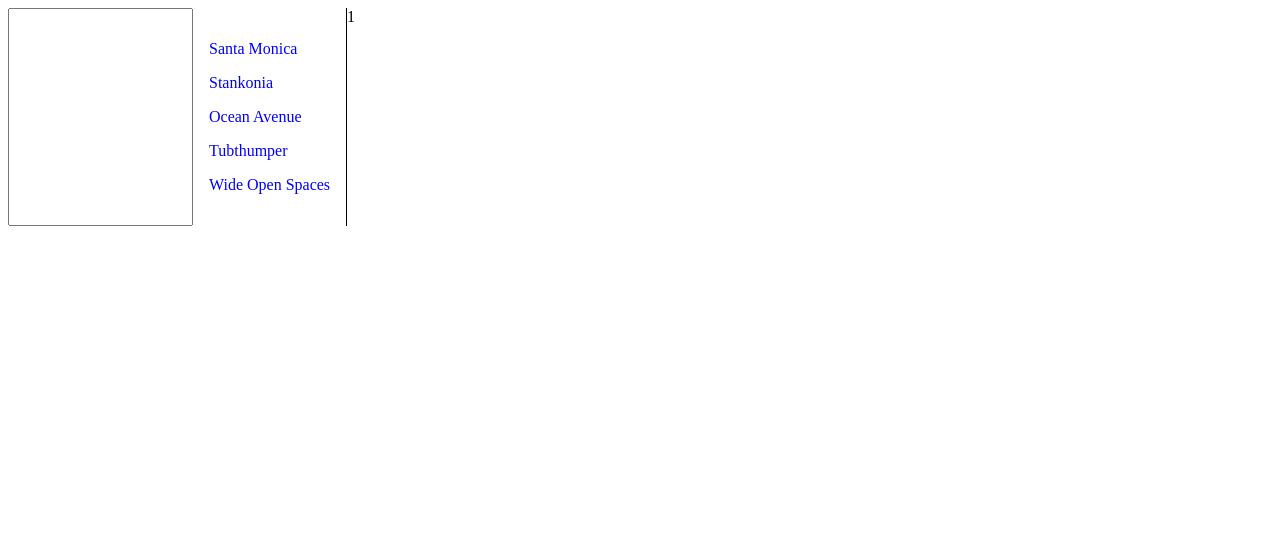
Repository: zhi-shou/moon
Page: /home
An editor plug-in stored every save of this project. The page is shown before and after the next save, followed by the edit.
The browser window is 1280 px wide. The pictures show the whole page.
The project was rebuilt for these pictures with package versions that can differ from the ones it lists, and the page was loaded fresh each time. Also part of the build but not shown: vite.config.js, src/routers/info.jsx.

Above is the page before, as saved 2025-01-02 11:31:37.

### src/main.jsx
import { createRoot } from 'react-dom/client';
import { BrowserRouter, Routes, Route } from 'react-router-dom';
import App from './App';
import Home from './routers/home';
import Info from './routers/info';

const rootElement = document.getElementById('root');
const root = createRoot(rootElement);
root.render(
  <BrowserRouter
    future={{ v7_startTransition: true, v7_relativeSplatPath: true }}
  >
    <Routes>
      <Route path="/" element={<App />}>
        <Route path="/home" element={<Home />} />
        <Route path="/info" element={<Info />}>
          <Route
            index
            element={
              <main style={{ padding: '1rem' }}>
                <p>Select an invoice</p>
              </main>
            }
          />
          <Route path="/info/invoiceId" element={<Info />} />
        </Route>
        <Route
          path="*"
          element={
            <main style={{ padding: '1rem' }}>
              <p>There's nothing here!</p>
            </main>
          }
        />
      </Route>
    </Routes>
  </BrowserRouter>
);

### src/App.jsx
import {  Outlet, useSearchParams, useLocation, useNavigate, useParams } from 'react-router-dom';
import { getInvoices } from './data';

export default function App() {
  let location = useLocation();
  const invoices = getInvoices();
  let [searchParams, setSearchParams] = useSearchParams();
  const invoiceId = searchParams.get('invoiceId');
  const navigate = useNavigate();
  console.log('searchParams', searchParams.get('invoiceId'));
  console.log('location', location.state);
  return (
    <div style={{ display: 'flex' }}>
      <input
        value={searchParams.get('filter') || ''}
        onChange={(event) => {
          let filter = event.target.value;
          if (filter) {
            setSearchParams((prev) => ({
              ...Object.fromEntries(prev),
              filter
            }));
          } else {
            setSearchParams({});
          }
        }}
      />
      <div style={{ borderRight: 'solid 1px', padding: '1rem' }}>
        {invoices
          .filter((invoice) => {
            let filter = searchParams.get('filter');
            if (!filter) return true;
            let name = invoice.name.toLowerCase();
            return name.startsWith(filter.toLowerCase());
          })
          .map((invoice) => (
            <div
              style={{ margin: '1rem 0',color: invoiceId === String(invoice.number) ? 'red' : 'blue' }}
              onClick={() => {
                navigate(`/info/invoiceId?invoiceId=${invoice.number}&filter=${searchParams.get('filter') || ''}`);
              }}
              key={invoice.number}
            >
              {invoice.name}
            </div>
          ))}
      </div>
      <Outlet />
    </div>
  );
}

### src/routers/home.jsx
export default function Home() {
  return (
    <div style={{ display: 'flex' }}>
      1
    </div>
  );
}

### src/data.js
let invoices = [
    {
      name: "Santa Monica",
      number: 1995,
      amount: "$10,800",
      due: "12/05/1995"
    },
    {
      name: "Stankonia",
      number: 2000,
      amount: "$8,000",
      due: "10/31/2000"
    },
    {
      name: "Ocean Avenue",
      number: 2003,
      amount: "$9,500",
      due: "07/22/2003"
    },
    {
      name: "Tubthumper",
      number: 1997,
      amount: "$14,000",
      due: "09/01/1997"
    },
    {
      name: "Wide Open Spaces",
      number: 1998,
      amount: "$4,600",
      due: "01/27/2998"
    },
  ];

  export function getInvoices() {
    return invoices;
  }

  export function getInvoice(number) {
    return invoices.find((invoice) => invoice.number === number);
  }

After the next save:
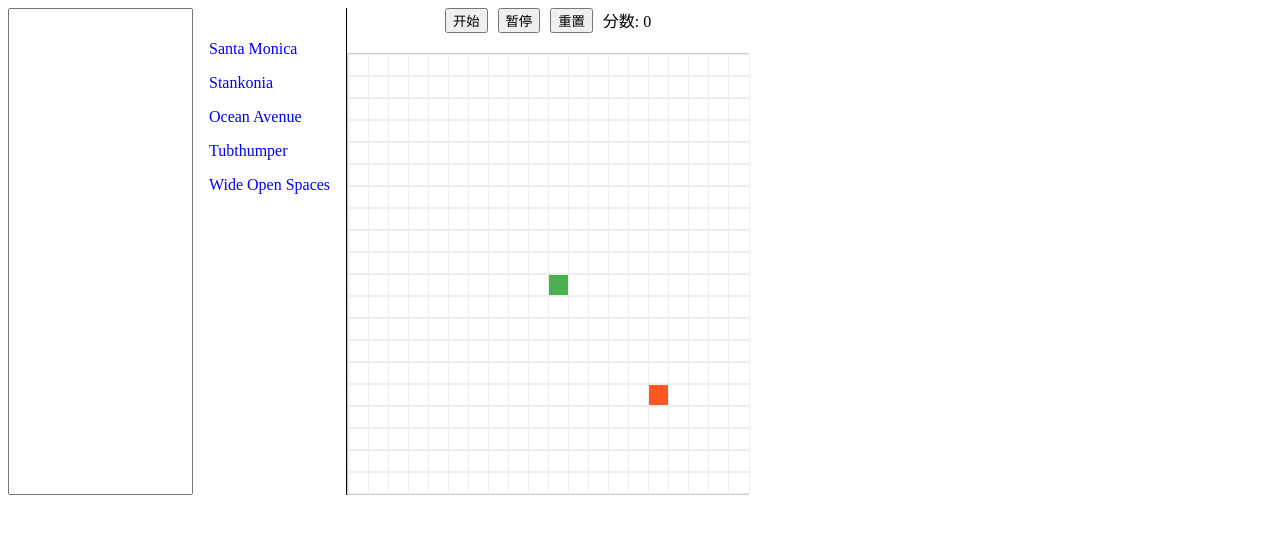
Saved 5 min 26 s later.
--- a/src/routers/home.jsx
+++ b/src/routers/home.jsx
@@ -1,7 +1,137 @@
+
+import { useState, useEffect, useCallback } from 'react';
+
+const GRID_SIZE = 20;
+const CELL_SIZE = 20;
+const INITIAL_SNAKE = [{ x: 10, y: 10 }];
+const INITIAL_FOOD = { x: 15, y: 15 };
+const INITIAL_DIRECTION = 'RIGHT';
+const SPEED = 150;
+
 export default function Home() {
+  const [snake, setSnake] = useState(INITIAL_SNAKE);
+  const [food, setFood] = useState(INITIAL_FOOD);
+  const [direction, setDirection] = useState(INITIAL_DIRECTION);
+  const [isPlaying, setIsPlaying] = useState(false);
+  const [score, setScore] = useState(0);
+
+  const generateFood = useCallback(() => {
+    const newFood = {
+      x: Math.floor(Math.random() * GRID_SIZE),
+      y: Math.floor(Math.random() * GRID_SIZE)
+    };
+    setFood(newFood);
+  }, []);
+
+  const resetGame = () => {
+    setSnake(INITIAL_SNAKE);
+    setDirection(INITIAL_DIRECTION);
+    setScore(0);
+    generateFood();
+    setIsPlaying(false);
+  };
+
+  const moveSnake = useCallback(() => {
+    if (!isPlaying) return;
+
+    setSnake(prevSnake => {
+      const head = prevSnake[0];
+      const newHead = { ...head };
+
+      switch (direction) {
+        case 'UP':
+          newHead.y = (newHead.y - 1 + GRID_SIZE) % GRID_SIZE;
+          break;
+        case 'DOWN':
+          newHead.y = (newHead.y + 1) % GRID_SIZE;
+          break;
+        case 'LEFT':
+          newHead.x = (newHead.x - 1 + GRID_SIZE) % GRID_SIZE;
+          break;
+        case 'RIGHT':
+          newHead.x = (newHead.x + 1) % GRID_SIZE;
+          break;
+      }
+
+      // Check if snake ate food
+      if (newHead.x === food.x && newHead.y === food.y) {
+        generateFood();
+        setScore(prev => prev + 10);
+        return [newHead, ...prevSnake];
+      }
+
+      // Check if snake hit itself
+      if (prevSnake.some(segment => segment.x === newHead.x && segment.y === newHead.y)) {
+        resetGame();
+        return INITIAL_SNAKE;
+      }
+
+      return [newHead, ...prevSnake.slice(0, -1)];
+    });
+  }, [direction, food, generateFood, isPlaying]);
+
+  useEffect(() => {
+    const handleKeyPress = (e) => {
+      switch (e.key) {
+        case 'ArrowUp':
+          if (direction !== 'DOWN') setDirection('UP');
+          break;
+        case 'ArrowDown':
+          if (direction !== 'UP') setDirection('DOWN');
+          break;
+        case 'ArrowLeft':
+          if (direction !== 'RIGHT') setDirection('LEFT');
+          break;
+        case 'ArrowRight':
+          if (direction !== 'LEFT') setDirection('RIGHT');
+          break;
+      }
+    };
+
+    window.addEventListener('keydown', handleKeyPress);
+    return () => window.removeEventListener('keydown', handleKeyPress);
+  }, [direction]);
+
+  useEffect(() => {
+    const gameInterval = setInterval(moveSnake, SPEED);
+    return () => clearInterval(gameInterval);
+  }, [moveSnake]);
+
   return (
-    <div style={{ display: 'flex' }}>
-      1
+    <div style={{ display: 'flex', flexDirection: 'column', alignItems: 'center', gap: '20px' }}>
+      <div style={{ display: 'flex', gap: '10px' }}>
+        <button onClick={() => setIsPlaying(true)}>开始</button>
+        <button onClick={() => setIsPlaying(false)}>暂停</button>
+        <button onClick={resetGame}>重置</button>
+        <div>分数: {score}</div>
+      </div>
+
+      <div
+        style={{
+          display: 'grid',
+          gridTemplateColumns: `repeat(${GRID_SIZE}, ${CELL_SIZE}px)`,
+          border: '1px solid #ccc'
+        }}
+      >
+        {Array.from({ length: GRID_SIZE * GRID_SIZE }).map((_, index) => {
+          const x = index % GRID_SIZE;
+          const y = Math.floor(index / GRID_SIZE);
+          const isSnake = snake.some(segment => segment.x === x && segment.y === y);
+          const isFood = food.x === x && food.y === y;
+
+          return (
+            <div
+              key={index}
+              style={{
+                width: CELL_SIZE,
+                height: CELL_SIZE,
+                backgroundColor: isSnake ? '#4CAF50' : isFood ? '#FF5722' : 'white',
+                border: '1px solid #eee'
+              }}
+            />
+          );
+        })}
+      </div>
     </div>
   );
 }
